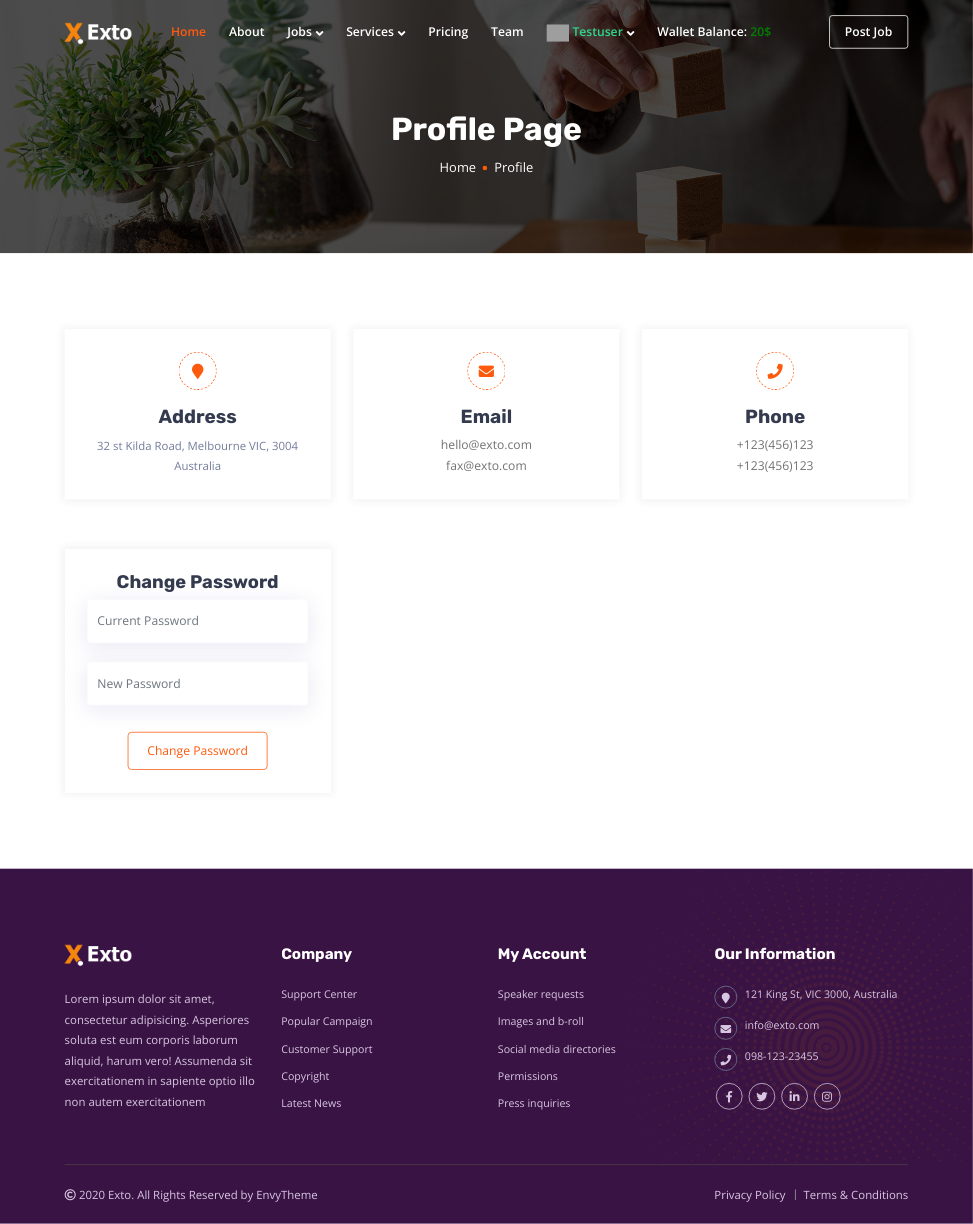
Repository: aakashrajput/XtremeWorks
Page: http://localhost/user/profile
An editor plug-in stored every save of this project. The page is shown before and after the next save, followed by the edit.
The browser window is 1280 px wide. The pictures show the whole page, at 76% of full size.
Pictures or frames that could not be fetched are drawn as grey boxes. The page is served by the project's Laravel application, run on PHP 8.4 with Laravel 8. A made-up administrator, Test User (test@example.com), is signed in.

Above is the page before, as saved 2020-03-26 14:39:24.

After the next save:
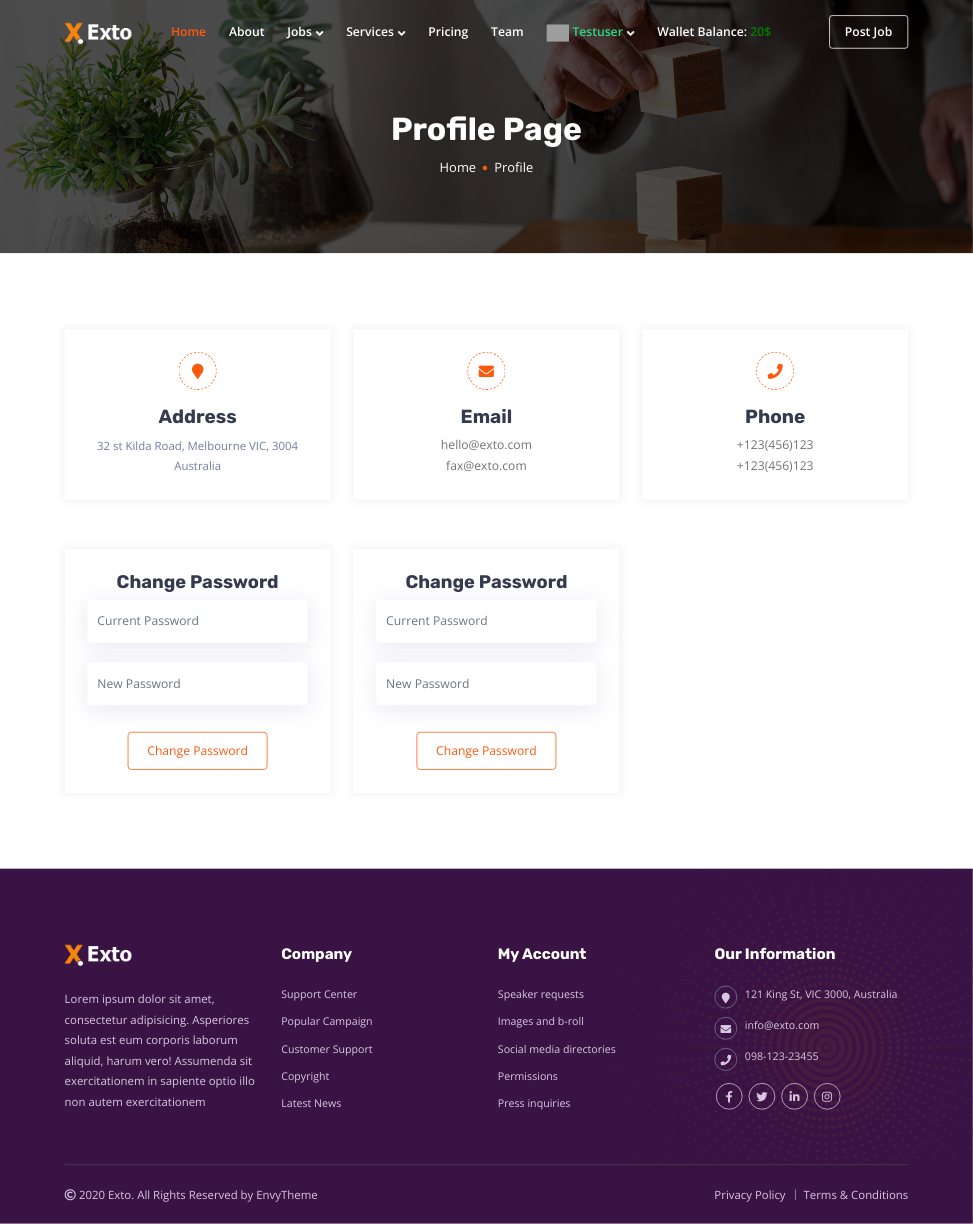
Saved 28 s later.
--- a/resources/views/user/profile.blade.php
+++ b/resources/views/user/profile.blade.php
@@ -84,6 +84,28 @@
                     </form>
                 </div>
             </div>
+            <div class="col-lg-4">
+                <div class="contact-form">
+                    <center><h4>Change Password</h4></center>
+                    <form id="contactForm">
+                        <div class="row">
+                            <div class="col-lg-12">
+                                <div class="form-group">
+                                    <input type="text" name="name" class="form-control" placeholder="Current Password">
+                                </div>
+                            </div>
+                            <div class="col-lg-12">
+                                <div class="form-group">
+                                    <input type="email" name="email" class="form-control" placeholder="New Password">
+                                </div>
+                            </div>
+                            <div class="col-lg-12">
+                                <button type="submit" class="default-btn">Change Password</button>
+                            </div>
+                        </div>
+                    </form>
+                </div>
+            </div>
         </div>
     </div>
 </section>
